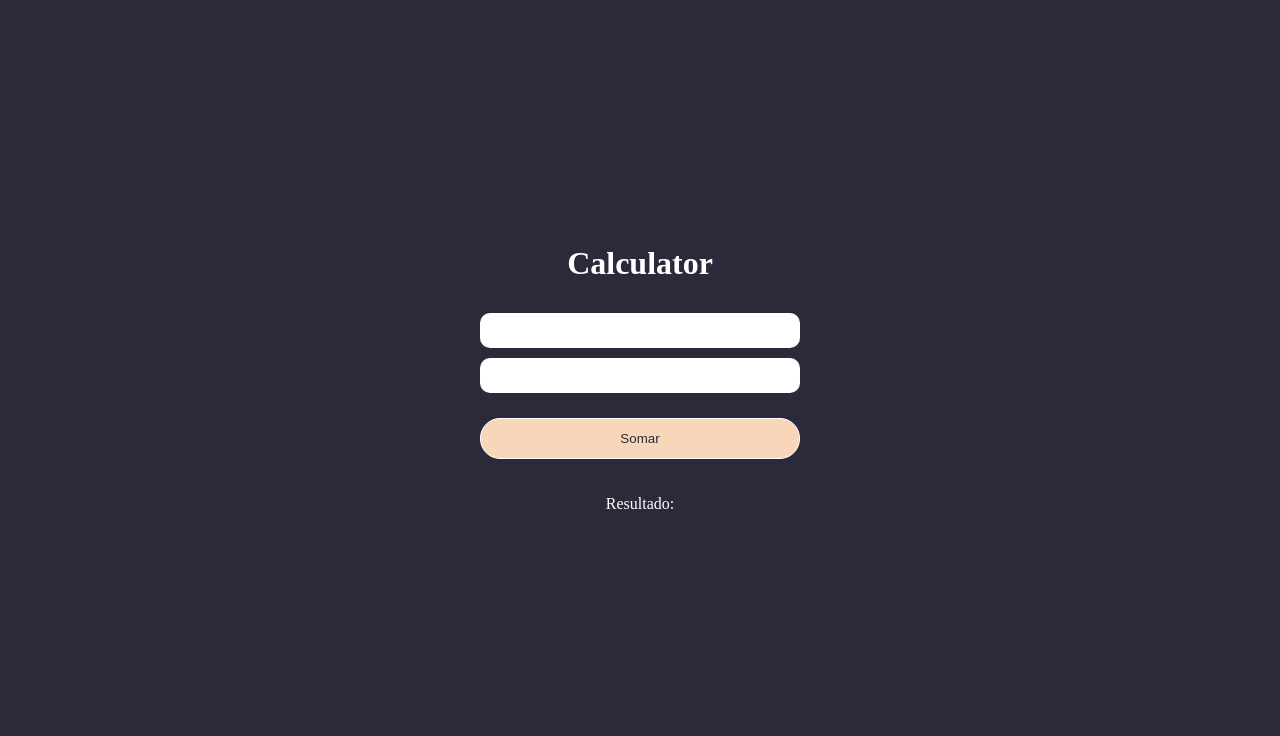
Repository: MilenaMelo/test-calculator-selenium
Page: calculadora.html
These files come from the project's save history. The page is drawn as it stood at one moment and after the next save; the edit follows.
The browser window is 1280 px wide. The pictures show the whole page.

Above is the page before, as saved 2021-04-29 17:04:27.

After the next save:
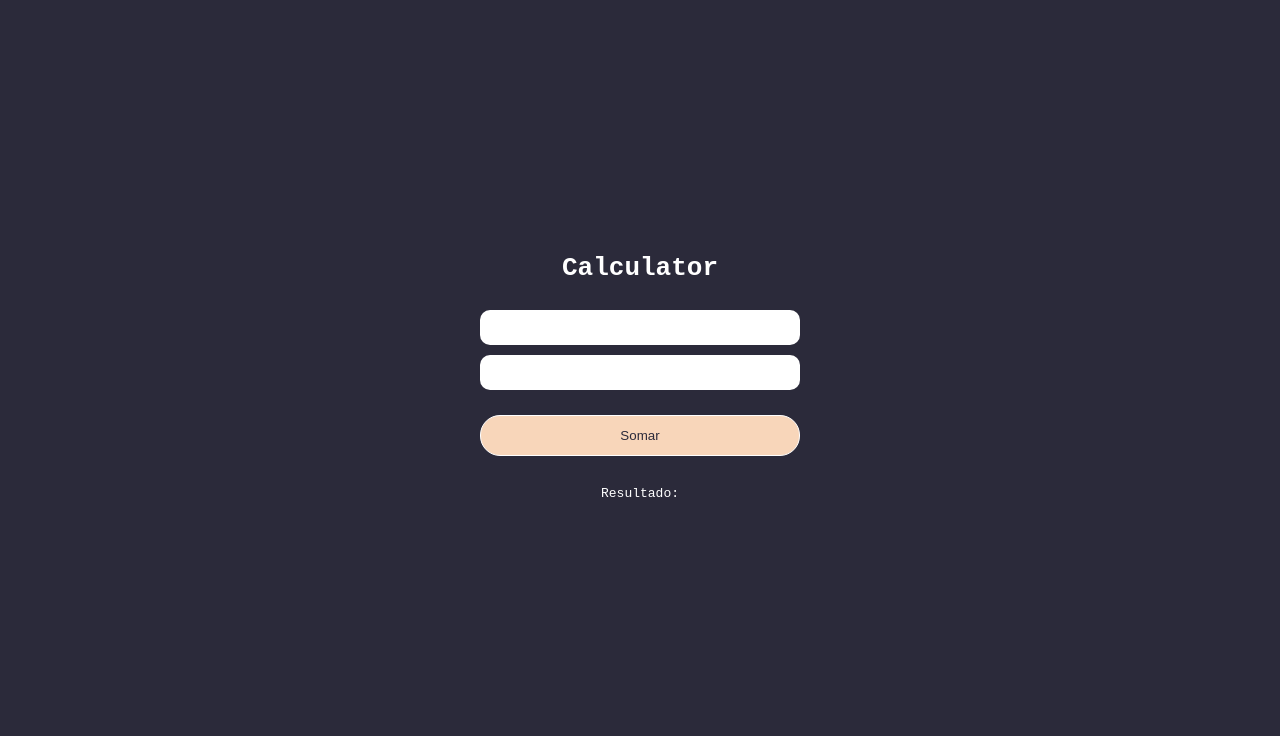
Saved 21 s later.
--- a/style.css
+++ b/style.css
@@ -6,7 +6,7 @@ body {
     text-align: center;
     background-color: #2B2A3A;
     color: #ffffff;
-    font-family: 'Times New Roman', Times, serif;
+    font-family: monospace;
 }
 
 input {
